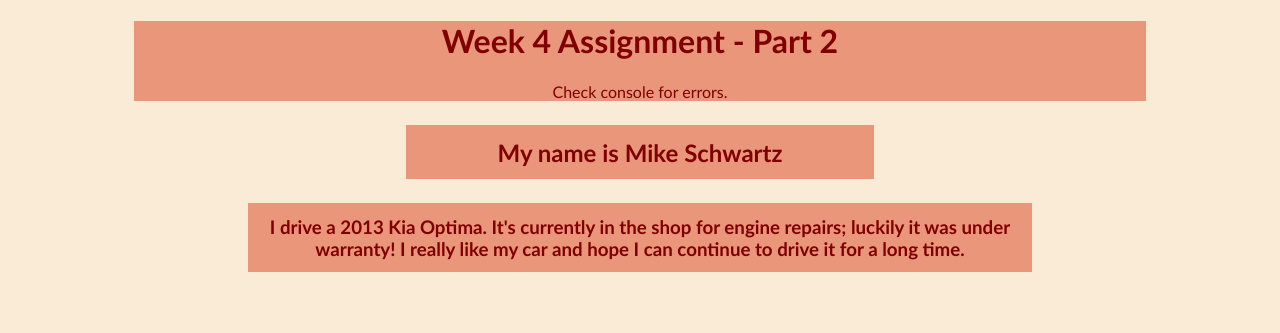
Repository: Ellusionism/prime-pw-week-4-assignment-part-2
Page: assignment/index.html
The author's editor kept a copy of each file at every save. The page is drawn from the files as they stood at one save, then again after the next save.
The browser window is 1280 px wide. The pictures show the whole page.

Above is the page before, as saved 2022-11-16 18:08:31.

After the next save:
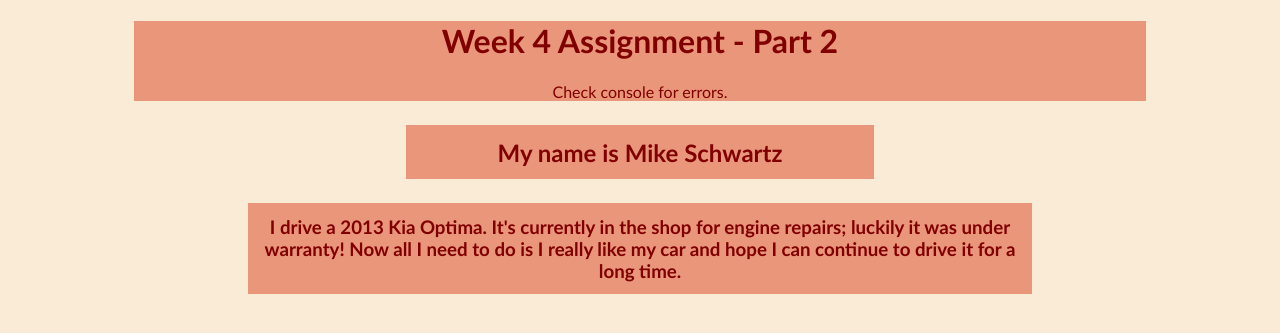
Saved 38 s later.
--- a/assignment/index.html
+++ b/assignment/index.html
@@ -15,6 +15,6 @@
   <div>
     <h2 class="info nameInfo"> My name is Mike Schwartz </h2>
   </div>
-  <h3 class="info carInfo">I drive a 2013 Kia Optima. It's currently in the shop for engine repairs; luckily it was under warranty! I really like my car and hope I can continue to drive it for a long time.</h3>
+  <h3 class="info carInfo">I drive a 2013 Kia Optima. It's currently in the shop for engine repairs; luckily it was under warranty! Now all I need to do is I really like my car and hope I can continue to drive it for a long time.</h3>
   </body>
 </html>
